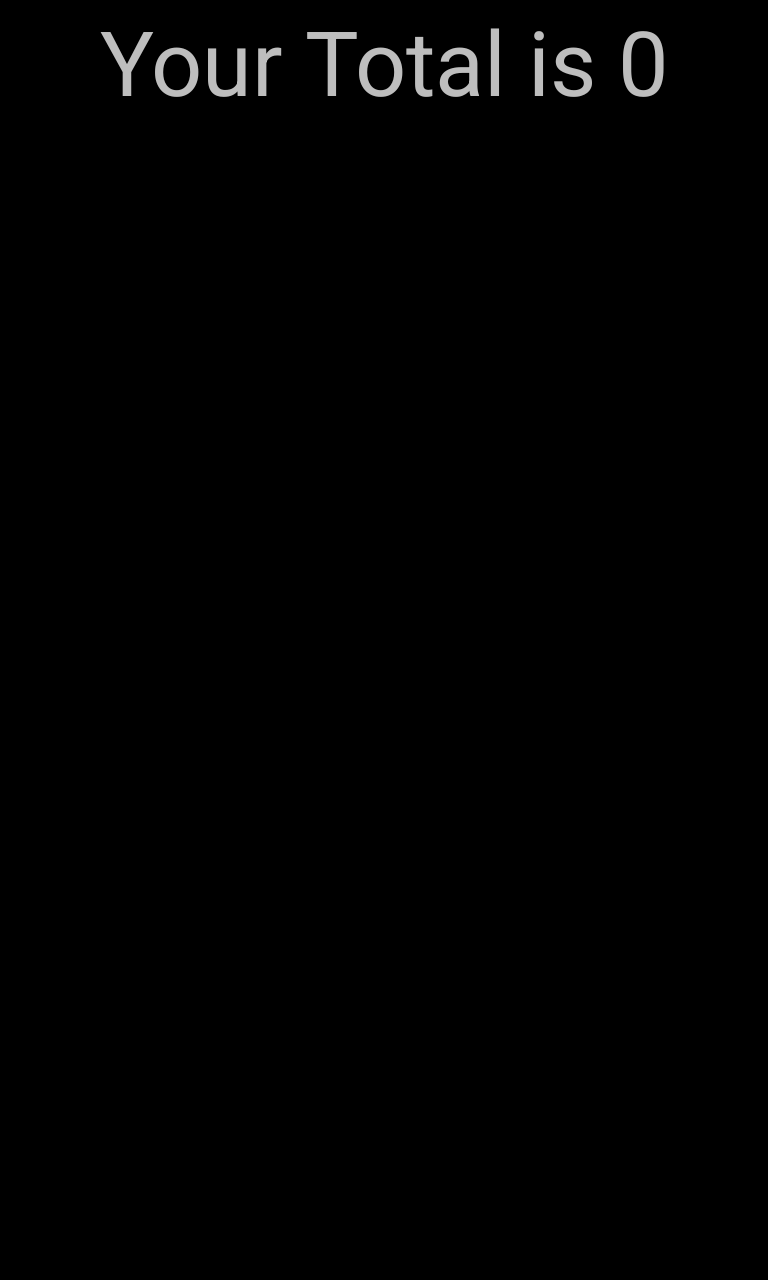
Repository: mcranwill/java_android
Layout: newboston/res/layout/main.xml
An editor plug-in stored every save of this project. The layout is shown before and after the next save, followed by the edit.
It is drawn on a 768 x 1280 px phone screen (xhdpi) without system bars, with theme android:Theme; the app's code is not run.

Above is the layout before, as saved 2012-06-08 03:28:56.

After the next save:
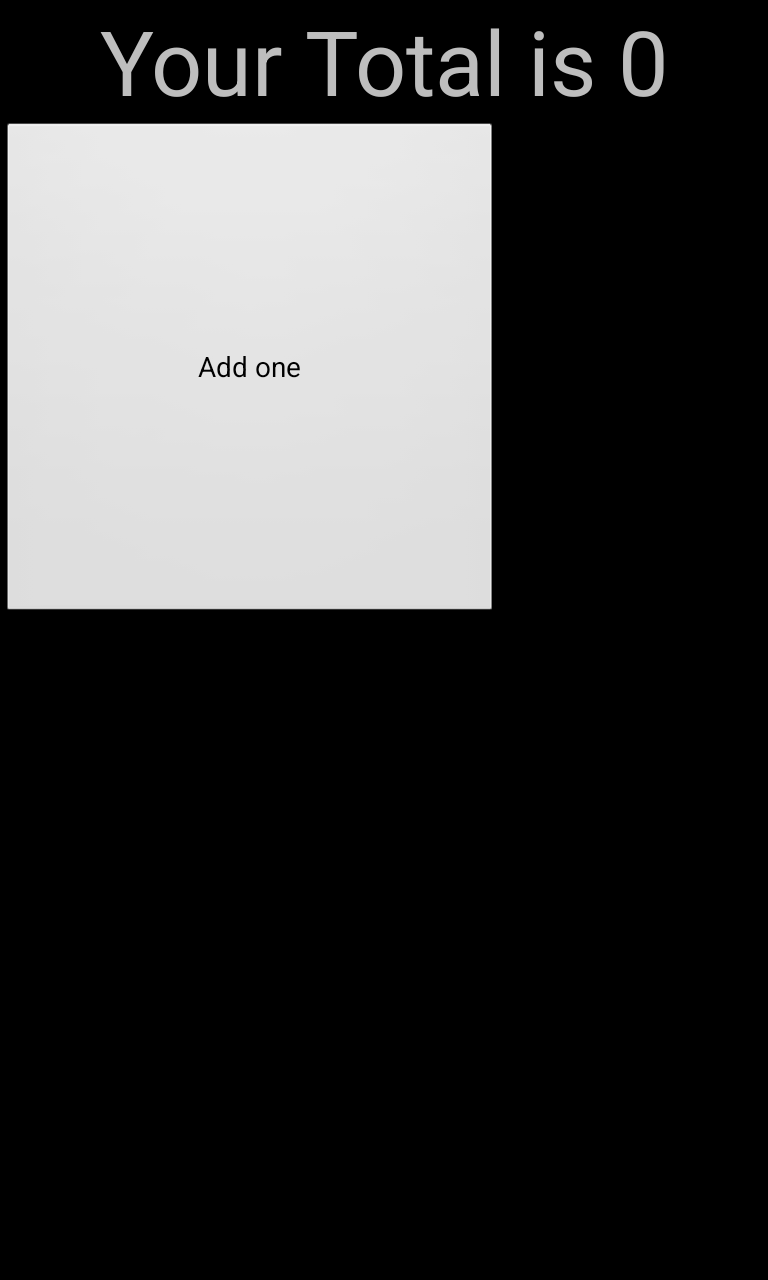
Saved 92 s later.
--- a/newboston/res/layout/main.xml
+++ b/newboston/res/layout/main.xml
@@ -12,5 +12,8 @@
         android:layout_gravity="center"
         android:gravity="center"
         />
-
+	<Button
+	    android:layout_width="250dp"
+	    android:layout_height="250dp"
+	    android:text="Add one"/>
 </LinearLayout>
